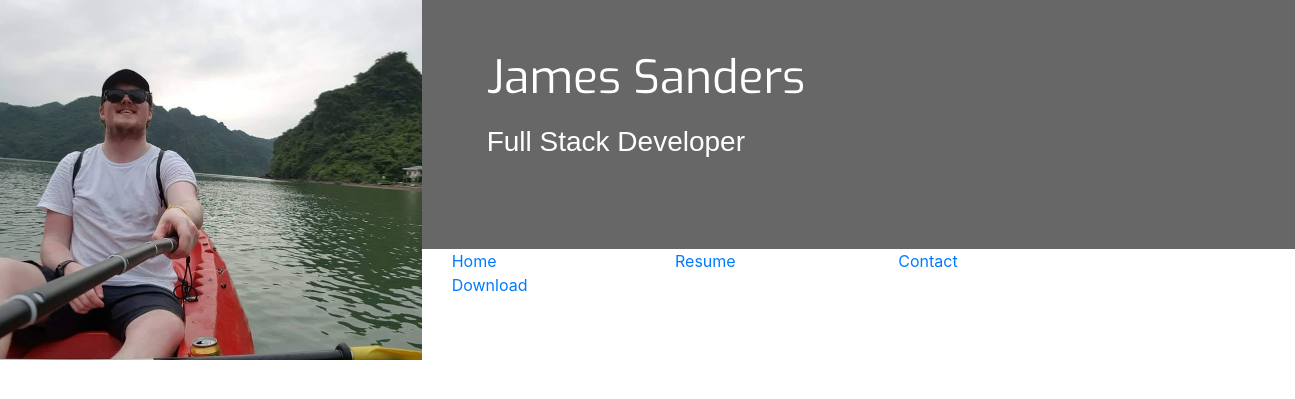
Repository: JaySanders95/my-online-resume
Page: index.html
An editor plug-in stored every save of this project. The page is shown before and after the next save, followed by the edit.
The browser window is 1280 px wide. The page is 1295 px wide, so the pictures cover 1295 px, including what lies to the right of the window. The pictures show the whole page.
Some web fonts or font styles are not loaded; a fallback is used. Some web libraries are served in a nearby version.

Above is the page before, as saved 2023-04-17 17:14:00.

### index.html
<!DOCTYPE html>
<html lang="en">
<head>
    <meta charset="UTF-8">
    <meta http-equiv="X-UA-Compatible" content="IE=edge">
    <meta name="viewport" content="width=device-width, initial-scale=1.0">
    <link rel="stylesheet" href="https://cdn.jsdelivr.net/npm/@fortawesome/fontawesome-free@6.2.1/css/fontawesome.min.css" integrity="sha384-QYIZto+st3yW+o8+5OHfT6S482Zsvz2WfOzpFSXMF9zqeLcFV0/wlZpMtyFcZALm" crossorigin="anonymous">
    <link rel="stylesheet" href="https://cdn.jsdelivr.net/npm/bootstrap@4.6.2/dist/css/bootstrap.min.css" integrity="sha384-xOolHFLEh07PJGoPkLv1IbcEPTNtaed2xpHsD9ESMhqIYd0nLMwNLD69Npy4HI+N" crossorigin="anonymous">
    <link rel="stylesheet" href="assets/css/style.css">
    <title>James Sanders' Resume</title>
</head>
<body>
    <header>
        <div class="row">
            <a href="index.html" class="col-md-4 logo">

            </a>
            <div class="col-md-8">
                <div class="row bg-color-name-title">
                    <div class="col heading">
                        <h1 class="name">James Sanders</h1>
                        <h2 class="title">Full Stack Developer</h2>

                    </div>
                </div>
                <div class="row">
                    <div class="col">
                        <ul id="nav" class="list-inline">
                            <li class="col-6 col-sm-3 ui-menu-color-home list-inline-item">
                                <a href="#"><span>Home</span></a>
                            </li>
                            <li class="col-6 col-sm-3 list-inline-item">
                                <a href="#"><span>Resume</span></a>
                            </li>
                            <li class="col-6 col-sm-3 list-inline-item">
                                <a href="#"><span>Contact</span></a>
                            </li>
                            <li class="col-6 col-sm-3 list-inline-item">
                                <a href="#"><span>Download</span></a>
                            </li>
                        </ul>
                    </div>
                </div>
            </div>
        </div>
    </header>
    <section>

    </section>
    <footer>

    </footer>
    <script src="https://kit.fontawesome.com/c80cd6a143.js" crossorigin="anonymous"></script>
</body>
</html>

### assets/css/style.css
@import url('https://fonts.googleapis.com/css2?family=Anuphan:100,200,300,400,500,600,700wght@300&family=Exo:100,200,300,400,500,600,700ital,wght@1,300&display=swap');
.bg-color-name-title {
    background-color:#676767;
}

header {
    margin: 0;
}

.heading {
    margin-left: 50px;
}

.logo {
    background: url(../images/me.png);
    background-position: center;
    background-repeat: no-repeat;
    background-size: cover;
    min-height: 360px;
    transition: all .5s ease-in-out;
    -moz-transition: all .5s ease-in-out;
    -webkit-transition: all .5s ease-in-out;
}

.name {
    font-family: 'Exo', sans-serif;
    font-weight: 100;
    font-size: 46px;
    margin-top: 50px;
    color: #fff;
}

.title {
    font-family: 'Anuphan', sans-serif;
    font-weight: 200;
    font-size: 28px;
    margin-top: 20px;
    margin-bottom: 90px;
    color: #fff;

}

After the next save:
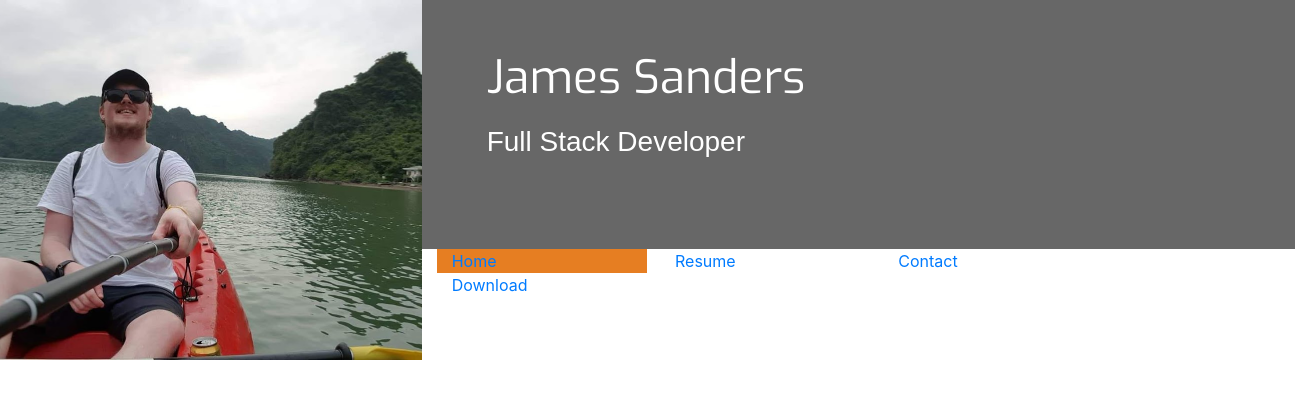
Saved 82 s later.
--- a/assets/css/style.css
+++ b/assets/css/style.css
@@ -1,6 +1,23 @@
 @import url('https://fonts.googleapis.com/css2?family=Anuphan:100,200,300,400,500,600,700wght@300&family=Exo:100,200,300,400,500,600,700ital,wght@1,300&display=swap');
 .bg-color-name-title {
     background-color:#676767;
+}
+
+
+.ui-menu-color-home {
+    background-color: #e67e22;
+}
+
+.ui-menu-color-resume {
+    background-color: #e67e22;
+}
+
+.ui-menu-color-contact {
+    background-color: #e67e22;
+}
+
+.ui-menu-color-download {
+    background-color: #e67e22;
 }
 
 header {
@@ -37,5 +54,4 @@ header {
     margin-top: 20px;
     margin-bottom: 90px;
     color: #fff;
-
 }
